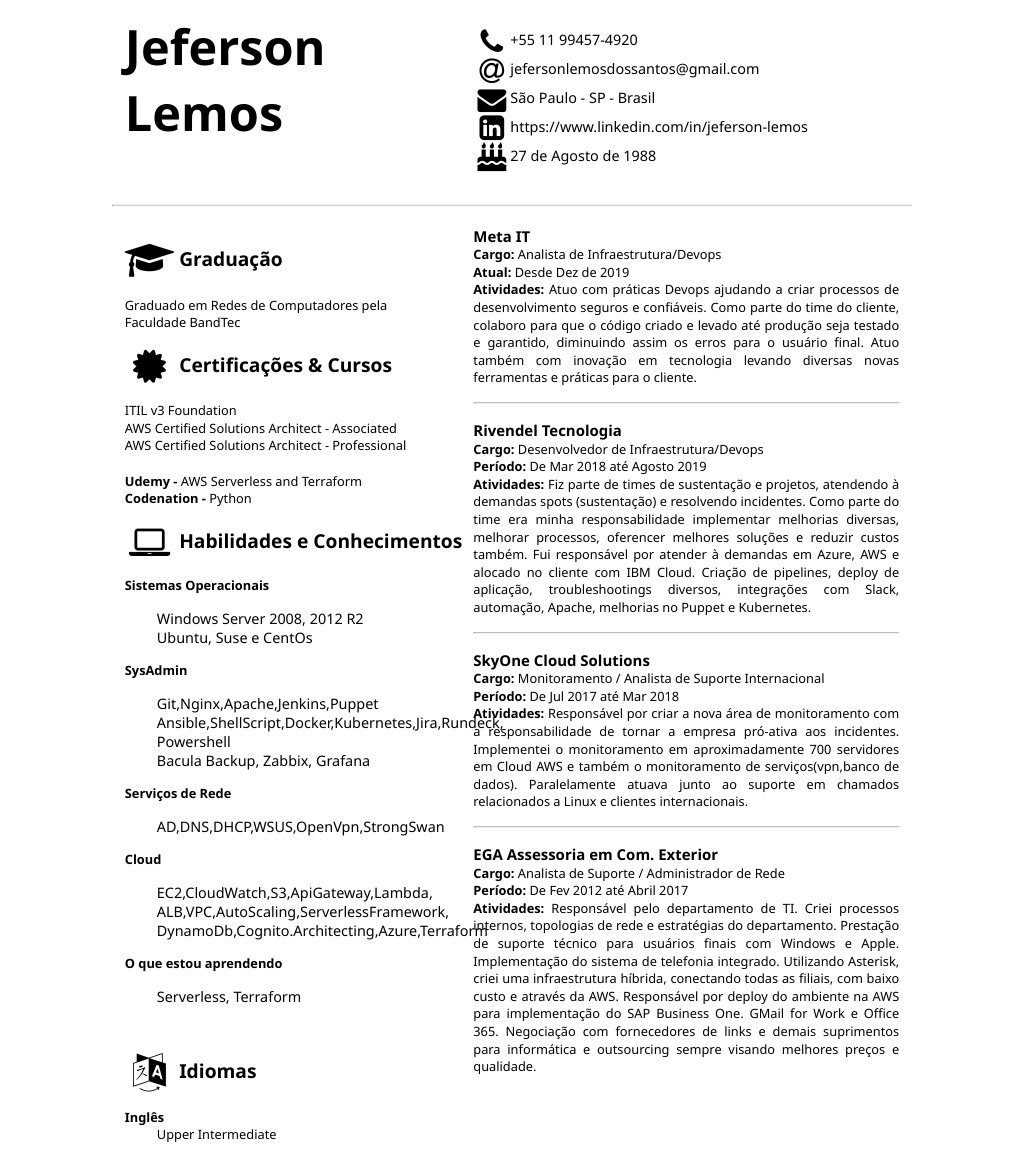
Repository: jefersonlemos/Resume-pt
Page: index.html
An editor plug-in stored every save of this project. The page is shown before and after the next save, followed by the edit.
The browser window is 1280 px wide. The pictures show the whole page, at 80% of full size.

Above is the page before, as saved 2020-06-15 12:14:50.

### index.html
<!DOCTYPE html>

<html lang="en">
<head>
    <meta charset="utf-8" />
    <title>Jeferson Lemos PT</title>
    <link rel="stylesheet" href="./css/normalize.css" type="text/css" />
    <link rel="stylesheet" href="./css/app.css" type="text/css" />
    <link rel="stylesheet" href="./css/font-awesome.min.css" type="text/css" />
</head>
<body>
    <div class="content">
        <header>
            <section>
                <h1>Jeferson <br />Lemos</h1>
            </section>
            <section>
                <ul>
                    <li>
                        <i class="fa fa-fw fa-2x fa-phone"></i>+55 11 99457-4920
                    </li>
                    <li>
                        <i class="fa fa-fw fa-2x fa-at"></i>jefersonlemosdossantos@gmail.com
                    </li>
                    <li>
                        <i class="fa fa-fw fa-2x fa-envelope"></i>São Paulo - SP - Brasil
                    </li>
                    <li>
                        <i class="fa fa-fw fa-2x fa-linkedin-square"></i>https://www.linkedin.com/in/jeferson-lemos
                    </li>
                    <li>
                        <i class="fa fa-fw fa-2x fa-birthday-cake"></i>27 de Agosto de 1988
                    </li>
                </ul>
            </section>
        </header>
        <hr />
        <main>
            <section>
                <article>
                    <h2><i class="fa fa-fw fa-2x fa-graduation-cap"></i> Graduação</h2>
                        Graduado em Redes de Computadores pela <br />
                        Faculdade BandTec

                </article>
                <article>
                    <h2><i class="fa fa-fw fa-2x fa-certificate"></i> Certificações & Cursos</h2>

                        ITIL v3 Foundation </br>
                        AWS Certified Solutions Architect - Associated </br>
                        AWS Certified Solutions Architect - Professional</br>
						</br>

					<b>Udemy - </b>AWS Serverless and Terraform</br>
					<b>Codenation - </b> Python </br>

                </article>
				 <article>
                    <h2><i class="fa fa-fw fa-2x fa-laptop"></i> Habilidades e Conhecimentos</h2>
                    <dl>
                        <dt>Sistemas Operacionais</dt>
                        <dd>
                            <ul>
                                <li>Windows Server 2008, 2012 R2</li>
                                <li>Ubuntu, Suse e CentOs</li>
                            </ul>
                        </dd>
                        <dt>SysAdmin</dt>
                        <dd>
                            <ul>
                                <li>Git,Nginx,Apache,Jenkins,Puppet</li>
                                <li>Ansible,ShellScript,Docker,Kubernetes,Jira,Rundeck, Powershell </li>
                                <li>Bacula Backup, Zabbix, Grafana</li>

                            </ul>
                        </dd>
                        <dt>Serviços de Rede</dt>
                        <dd>
                            <ul>
                                <li>AD,DNS,DHCP,WSUS,OpenVpn,StrongSwan</li>
                            </ul>
                        </dd>
                        <dt>Cloud</dt>
                        <dd>
                            <ul>
                                <li>EC2,CloudWatch,S3,ApiGateway,Lambda,
                                    ALB,VPC,AutoScaling,ServerlessFramework,
                                    DynamoDb,Cognito.Architecting,Azure,Terraform </li>
                            </ul>
                        </dd>
                        <dt>O que estou aprendendo</dt>
                        <dd>
                            <ul>
                                <li>Serverless, Terraform</li>
                            </ul>
                        </dd>
                    </dl>
                </article>
                <br />
                <article>
                    <h2><i class="fa fa-fw fa-2x fa-language"></i> Idiomas</h2>
                    <dl>
                        <dt>Inglês</dt>
                        <dd>Upper Intermediate</dd>
                    </dl>
                </article>
            </section>
            <section>
                <article>
                    <h3>Meta IT</h3>
                    <strong>Cargo:</strong> Analista de Infraestrutura/Devops <br />
                    <strong>Atual:</strong> Desde Dez de 2019<br />
                    <strong>Atividades:</strong> Atuo com práticas Devops ajudando a criar processos de desenvolvimento seguros e confiáveis. Como parte do time do cliente,
                     colaboro para que o código criado e levado até produção seja testado e garantido, diminuindo assim os erros para o usuário final.
                     Atuo também com inovação em tecnologia levando diversas novas ferramentas e práticas para o cliente.
                    <hr />
					<h3>Rivendel Tecnologia</h3>
                    <strong>Cargo:</strong> Desenvolvedor de Infraestrutura/Devops <br />
                    <strong>Período:</strong> De Mar 2018 até Agosto 2019<br />
                    <strong>Atividades:</strong> Fiz parte de times de sustentação e projetos, atendendo à demandas spots (sustentação) e resolvendo incidentes.
                    Como parte do time era minha responsabilidade implementar melhorias diversas, melhorar processos, oferencer melhores soluções e reduzir custos também.
                    Fui responsável por atender à demandas em Azure, AWS e alocado no cliente com IBM Cloud. Criação de pipelines, deploy de aplicação, troubleshootings diversos,
                     integrações com Slack, automação, Apache, melhorias no Puppet e Kubernetes.
                    <hr />
		            <h3>SkyOne Cloud Solutions</h3>
                    <strong>Cargo:</strong> Monitoramento / Analista de Suporte Internacional <br />
                    <strong>Período:</strong> De Jul 2017 até Mar 2018<br />
                    <strong>Atividades:</strong> Responsável por criar a nova área de monitoramento com a responsabilidade de tornar a empresa pró-ativa aos incidentes.
                    Implementei o monitoramento em aproximadamente 700 servidores em Cloud AWS e também o monitoramento de serviços(vpn,banco de dados).
			        Paralelamente atuava junto ao suporte em chamados relacionados a Linux e clientes internacionais.
                    <hr />
                    <h3>EGA Assessoria em Com. Exterior</h3>
                    <strong>Cargo:</strong> Analista de Suporte / Administrador de Rede  <br />
                    <strong>Período:</strong> De Fev 2012 até Abril 2017<br />
                    <strong>Atividades:</strong> Responsável pelo departamento de TI. Criei processos internos, topologias de rede e estratégias do departamento.
                    Prestação de suporte técnico para usuários finais com Windows e Apple. Implementação do sistema de telefonia integrado. Utilizando Asterisk,
                    criei uma infraestrutura híbrida, conectando todas as filiais, com baixo custo e através da AWS. Responsável por deploy do ambiente na AWS para
                    implementação do SAP Business One. GMail for Work e Office 365. Negociação com fornecedores de links e demais suprimentos para informática e outsourcing
                    sempre visando melhores preços e qualidade.
                    <!-- <hr />
                    <h3>Kosmos Tecnologia</h3>
                    <strong>Cargo:</strong> Empreendedor<br />
                    <strong>Período:</strong> De Nov 2009 até Fev 2012<br />
                    <strong>Atividades:</strong> Eu fui um empreendedor e fui responsável por prover suporte técnico (hardware e software) para os clientes.
                    Fui também responsável por procurar novos clientes.
                    Prestei consultoria para pequenas empresas montando novos escritórios, criando websites, politicas de rede, backups e melhorias na rede.
                    Migrei um grande site chamado famosidades.com.br de um pequeno hosting para um hosting maior e mais seguro, migrei de Windows para Linux.
                    <hr /> -->
                   <!-- <h3>Stefanini IT Solutions</h3>
                    <strong>Cargo:</strong> Analista de Suporte I & II<br />
                    <strong>Periodo:</strong> De Nov 2008 até Nov 2009<br />
                    <strong>Atividades :</strong> Meu primeiro emprego, eu prestei suporte técnico em início de carreira. Participei de um projeto de migração de
                    1000 hosts de um domínio Windows 2003 para um novo domínio WIndows 2008.
                    <hr />-->
                </article>
            </section>
        </main>
        <footer>

        </footer>
    </div>
</body>
</html>

### css/app.css
body {
    font-family: 'Segoe UI', sans-serif;
}

.content {
    width: 1000px;
    margin: 0 auto;
}

header,
main {
    display: flex;
    padding: 1rem;
}

    header section,
    main section {
        -ms-flex: 1;
        flex: 1;
    }
    header section:first-child,
    main section:first-child {
        max-width: 45%;
    }

header h1 {
    font-size: 3.8rem;
    margin: 0;
}
main h3 {
    margin: 0;
}
main hr {
    margin: 20px 0;
}
header .fa,
main .fa {
    vertical-align: middle;
}
ul {
    list-style: none;
    padding: 0;
    font-size: 18px;
}

dt {
    font-weight: bold;
}

/* Para ajustar o tamanho da fonte e alinhamento do texto nos campos de experiência
propriedade criada por mim  */
article {
    font-size: 16px;
    text-align: justify;
}

Loaded but not shown: css/normalize.css (library); css/font-awesome.min.css (library)

After the next save:
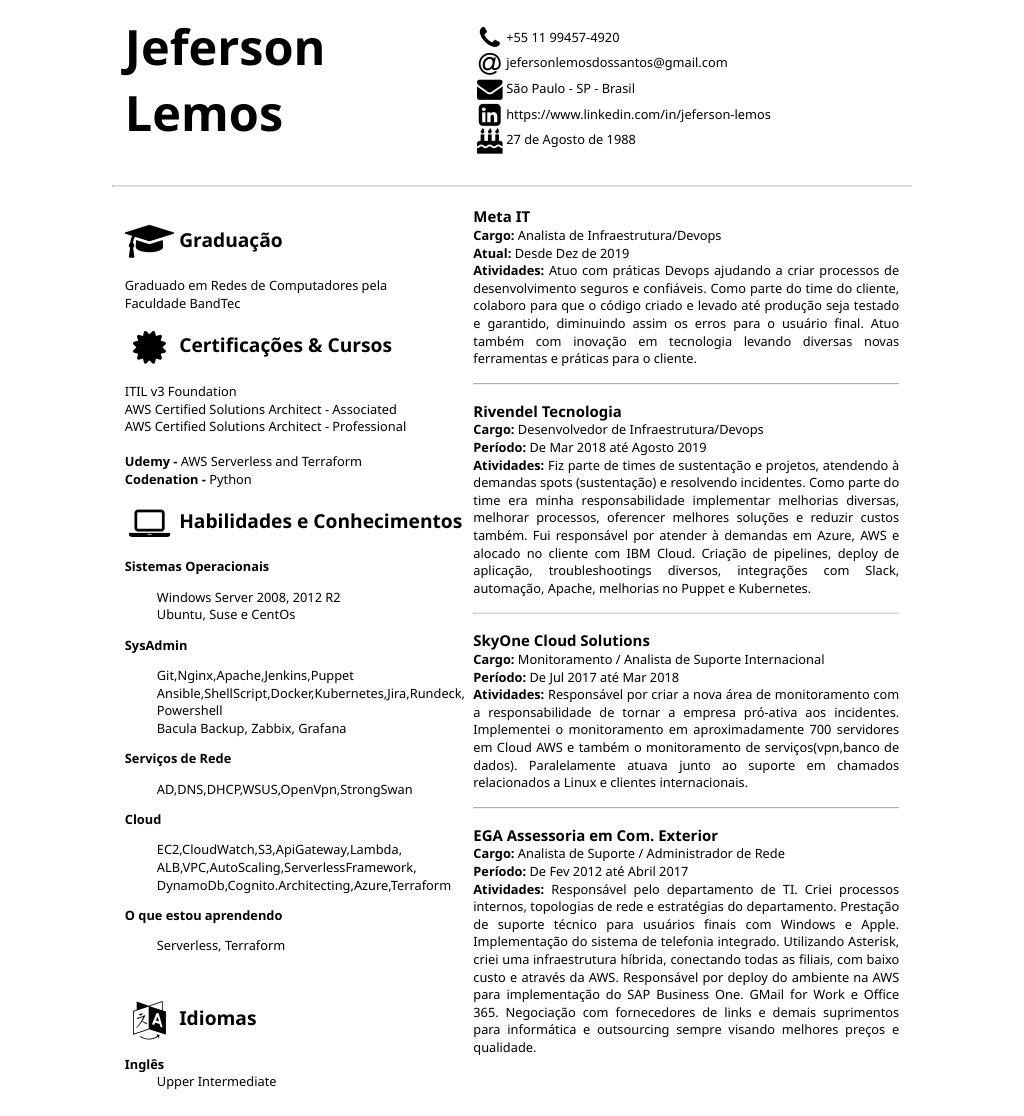
Saved 5 s later.
--- a/css/app.css
+++ b/css/app.css
@@ -40,7 +40,7 @@ main .fa {
 ul {
     list-style: none;
     padding: 0;
-    font-size: 18px;
+    font-size: 16px;
 }
 
 dt {
